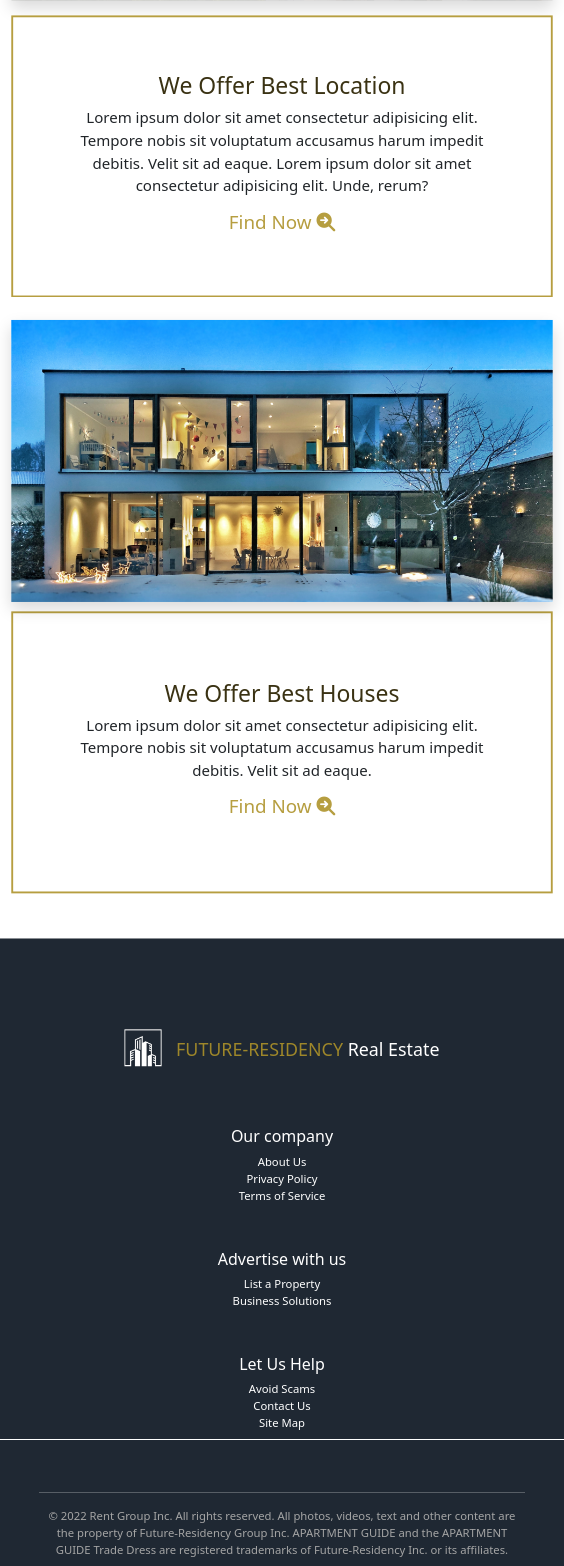
Repository: pyaestk/Future-residency
Page: index.html
An editor plug-in stored every save of this project. The page is shown before and after the next save, followed by the edit.
The browser window is 600 px wide. The pictures show the part of the page from y = 2794 to 4460 px (the page is 4460 px tall before and 4455 px after), at 94% of full size.

Above is the page before, as saved 2022-12-06 22:41:02.

After the next save:
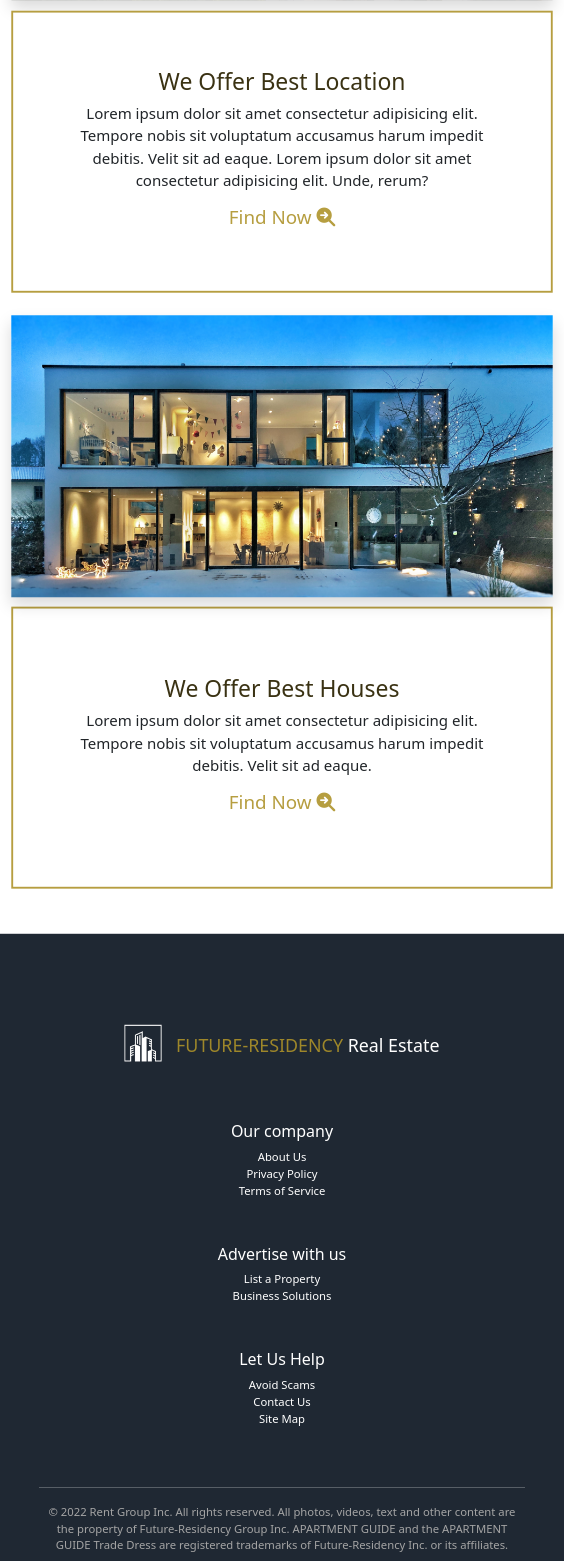
Saved 73 s later.
--- a/styleMobileview.css
+++ b/styleMobileview.css
@@ -126,8 +126,11 @@
   .pic2-container .col-md-5{
     order: 2;
   }
-  .pic1-caption, .pic2-caption, .vid-caption{
+  .pic1-caption, .pic2-caption{
     margin-top: 10px;
+  }
+  .vid-caption{
+    margin-top: 5px;
   }
 
   /* properties */
